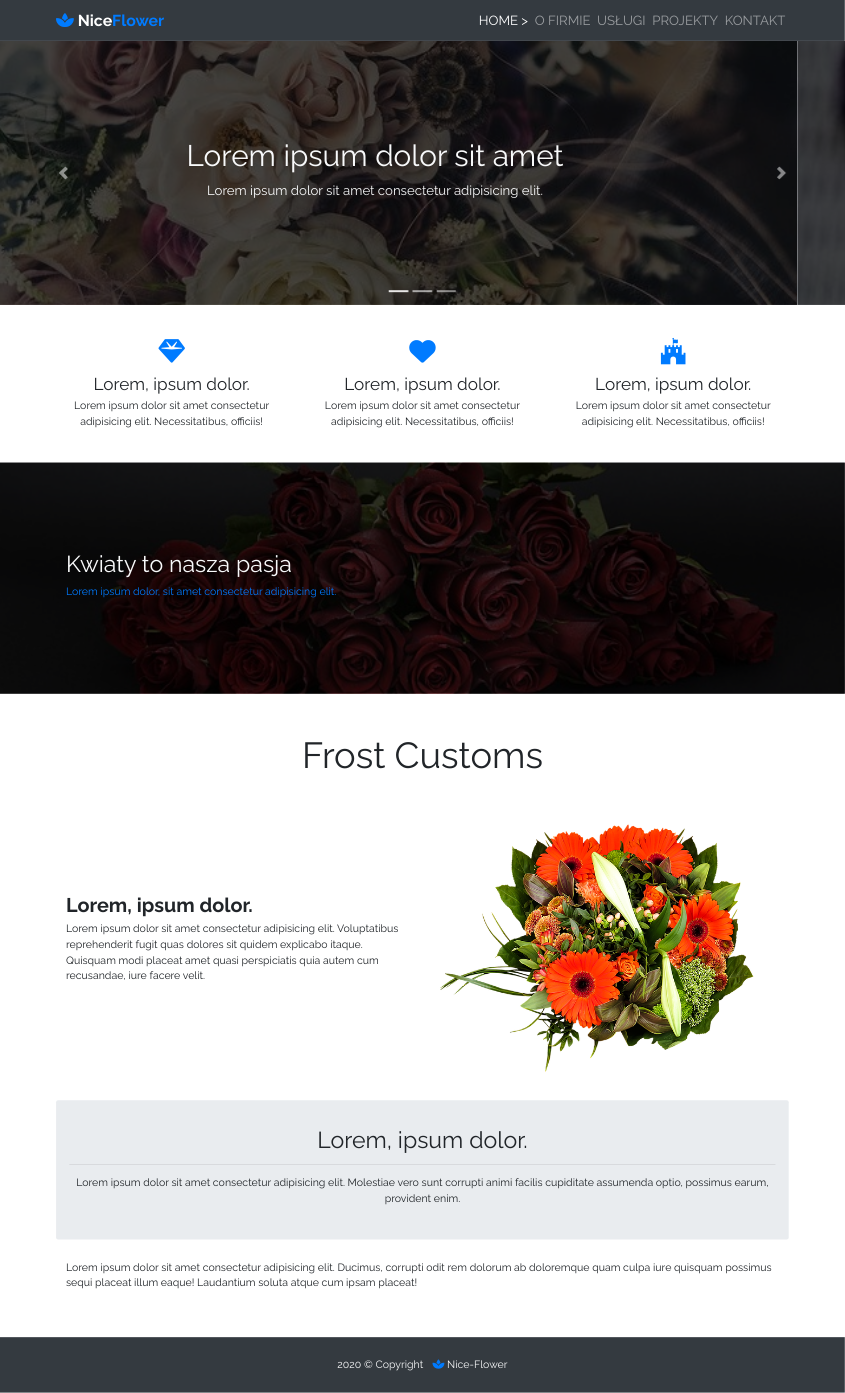
Repository: KrzysKolo/Projekt-13_Kwiaciarnia
Page: services.html
An editor plug-in stored every save of this project. The page is shown before and after the next save, followed by the edit.
The browser window is 1280 px wide. The pictures show the whole page, at 66% of full size.
Some web libraries are served in a nearby version.

Above is the page before, as saved 2020-08-11 09:45:58.

### services.html
<!DOCTYPE html>
<html lang="pl">
  <head>
    <meta charset="UTF-8" />
    <meta name="viewport" content="width=device-width, initial-scale=1.0" />
    <title>Nice-Flower</title>
    <script
      src="https://kit.fontawesome.com/21efeaf281.js"
      crossorigin="anonymous"
    ></script>

    <link
      rel="stylesheet"
      href="https://stackpath.bootstrapcdn.com/bootstrap/4.5.0/css/bootstrap.min.css"
      integrity="sha384-9aIt2nRpC12Uk9gS9baDl411NQApFmC26EwAOH8WgZl5MYYxFfc+NcPb1dKGj7Sk"
      crossorigin="anonymous"
    />
    <link
      href="https://fonts.googleapis.com/css2?family=Raleway:wght@400;700&display=swap"
      rel="stylesheet"
    />
    <link rel="stylesheet" href="style.css" />
  </head>
  <body>
    <nav class="navbar navbar-expand-lg navbar-dark bg-dark py-3">
      <div class="container">
        <a class="navbar-brand" href="index.html"
          ><i class="fas fa-spa text-primary"></i> Nice<span
            class="text-primary"
            >Flower</span
          ></a
        >
        <button
          class="navbar-toggler border-0"
          type="button"
          data-toggle="collapse"
          data-target="#navbarNavAltMarkup"
          aria-controls="navbarNavAltMarkup"
          aria-expanded="false"
          aria-label="Toggle navigation"
        >
          <i class="fas fa-bars px-4"></i>
        </button>
        <div class="collapse navbar-collapse" id="navbarNavAltMarkup">
          <div class="navbar-nav ml-auto">
            <a class="nav-link active" href="index.html">Home ></a>
            <a class="nav-link" href="abouteus.html">O firmie</a>
            <a class="nav-link" href="services.html"
              ><span class="sr-only">(current)</span>Usługi</a
            >
            <a class="nav-link" href="projects.html">Projekty</a>
            <a class="nav-link" href="contact.html">Kontakt</a>
          </div>
        </div>
      </div>
    </nav>

    <!-- HEADER -->
    <header>
      <div
        id="carouselExampleCaptions"
        class="carousel slide"
        data-ride="carousel"
      >
        <ol class="carousel-indicators">
          <li
            data-target="#carouselExampleCaptions"
            data-slide-to="0"
            class="active"
          ></li>
          <li data-target="#carouselExampleCaptions" data-slide-to="1"></li>
          <li data-target="#carouselExampleCaptions" data-slide-to="2"></li>
        </ol>
        <div class="carousel-inner text-dark text-center">
          <div class="carousel-item carousel-img-one active">
            <div
              class="carousel-text h-100 p-5 d-flex flex-column justyfy-content-end justify-content-md-center align-items-center"
            >
              <div class="hero-shadow"></div>
              <p class="display-3 text-light">Lorem ipsum dolor sit amet</p>
              <p class="d-none d-sm-block text-light">
                Lorem ipsum dolor sit amet consectetur adipisicing elit.
              </p>
            </div>
          </div>
          <div class="carousel-item carousel-img-two">
            <div
              class="carousel-text h-100 p-5 d-flex flex-column justyfy-content-end justify-content-md-center align-items-center"
            >
              <div class="hero-shadow"></div>
              <p class="display-3 text-light">Lorem ipsum dolor sit amet</p>
              <p class="d-none d-sm-block text-light">
                Lorem ipsum dolor sit amet consectetur adipisicing elit.
              </p>
            </div>
          </div>
          <div class="carousel-item carousel-img-three">
            <div
              class="carousel-text h-100 p-5 d-flex flex-column justyfy-content-end justify-content-md-center align-items-center"
            >
              <div class="hero-shadow"></div>
              <p class="display-3 text-light">Lorem ipsum dolor sit amet</p>
              <p class="d-none d-sm-block text-light">
                Lorem ipsum dolor sit amet consectetur adipisicing elit.
              </p>
            </div>
          </div>
        </div>
        <a
          class="carousel-control-prev"
          href="#carouselExampleCaptions"
          role="button"
          data-slide="prev"
        >
          <span class="carousel-control-prev-icon" aria-hidden="true"></span>
          <span class="sr-only">Previous</span>
        </a>
        <a
          class="carousel-control-next"
          href="#carouselExampleCaptions"
          role="button"
          data-slide="next"
        >
          <span class="carousel-control-next-icon" aria-hidden="true"></span>
          <span class="sr-only">Next</span>
        </a>
      </div>
    </header>

    <!-- MAIN -->
    <main>
      <section class="home-boxes">
        <div class="container text-center">
          <div class="row">
            <div class="col-md-4 home-box mb-5 mb-md-0">
              <i class="fas fa-gem mb-4 text-primary"></i>
              <h3>Lorem, ipsum dolor.</h3>
              <p class="m-0">
                Lorem ipsum dolor sit amet consectetur adipisicing elit.
                Necessitatibus, officiis!
              </p>
            </div>
            <div class="col-md-4 home-box mb-5 mb-md-0">
              <i class="fas fa-heart mb-4 text-primary"></i>
              <h3>Lorem, ipsum dolor.</h3>
              <p class="m-0">
                Lorem ipsum dolor sit amet consectetur adipisicing elit.
                Necessitatibus, officiis!
              </p>
            </div>
            <div class="col-md-4 home-box mb-5 mb-md-0">
              <i class="fab fa-fort-awesome mb-4 text-primary"></i>
              <h3>Lorem, ipsum dolor.</h3>
              <p class="m-0">
                Lorem ipsum dolor sit amet consectetur adipisicing elit.
                Necessitatibus, officiis!
              </p>
            </div>
          </div>
        </div>
      </section>

      <section class="home-passion">
        <div class="hero-shadow"></div>
        <div class="row m-0 h-100 align-items-center text-light">
          <div class="col">
            <div class="container p-5">
              <p class="display-4">Kwiaty to nasza pasja</p>
              <p class="text-primary">
                Lorem ipsum dolor, sit amet consectetur adipisicing elit.
              </p>
            </div>
          </div>
        </div>
      </section>
      <section class="home-brand py-5">
        <p class="display-2 text-center pt-5 px-3">Frost Customs</p>
        <div class="container py-5">
          <div class="row m-0 align-items-center">
            <div class="col-md-6">
              <h3>Lorem, ipsum dolor.</h3>
              <p>
                Lorem ipsum dolor sit amet consectetur adipisicing elit.
                Voluptatibus reprehenderit fugit quas dolores sit quidem
                explicabo itaque. Quisquam modi placeat amet quasi perspiciatis
                quia autem cum recusandae, iure facere velit.
              </p>
            </div>
            <div class="col-md-6">
              <img src="./img/b9m.png" alt="bukiet" class="img-fluid" />
            </div>
          </div>
        </div>
        <div class="container pb-5">
          <div class="jumbotron text-center">
            <p class="display-4">Lorem, ipsum dolor.</p>
            <hr class="my-4" />
            <p>
              Lorem ipsum dolor sit amet consectetur adipisicing elit. Molestiae
              vero sunt corrupti animi facilis cupiditate assumenda optio,
              possimus earum, provident enim.
            </p>
          </div>
          <p class="px-4 pt-3">
            Lorem ipsum dolor sit amet consectetur adipisicing elit. Ducimus,
            corrupti odit rem dolorum ab doloremque quam culpa iure quisquam
            possimus sequi placeat illum eaque! Laudantium soluta atque cum
            ipsam placeat!
          </p>
        </div>
      </section>
    </main>
    <footer class="bg-dark text-light">
      <p class="py-5 px-3 mb-0 text-center">
        2020 &copy; Copyright
        <i class="ml-3 fas fa-spa text-primary"></i> Nice-Flower
      </p>
    </footer>
    <script
      src="https://code.jquery.com/jquery-3.5.1.slim.min.js"
      integrity="sha384-DfXdz2htPH0lsSSs5nCTpuj/zy4C+OGpamoFVy38MVBnE+IbbVYUew+OrCXaRkfj"
      crossorigin="anonymous"
    ></script>
    <script
      src="https://cdn.jsdelivr.net/npm/popper.js@1.16.0/dist/umd/popper.min.js"
      integrity="sha384-Q6E9RHvbIyZFJoft+2mJbHaEWldlvI9IOYy5n3zV9zzTtmI3UksdQRVvoxMfooAo"
      crossorigin="anonymous"
    ></script>
    <script
      src="https://stackpath.bootstrapcdn.com/bootstrap/4.5.0/js/bootstrap.min.js"
      integrity="sha384-OgVRvuATP1z7JjHLkuOU7Xw704+h835Lr+6QL9UvYjZE3Ipu6Tp75j7Bh/kR0JKI"
      crossorigin="anonymous"
    ></script>
  </body>
</html>

### style.css
* {
  box-sizing: border-box;
  margin: 0;
  padding: 0;
}
html {
  font-size: 62.5%;
}
body {
  font-family: "Raleway", sans-serif;
  font-size: 1.6rem;
}
.hero-shadow {
  position: absolute;
  top: 0;
  width: 100%;
  height: 100%;
  background-color: rgba(0, 0, 0, 0.7);
  z-index: -1;
}
.additional-text {
  font-size: 1.8rem;
}
.top-hero {
  position: relative;
  height: 20rem;
  background-size: cover;
  z-index: 0;
}
.top-hero-text {
  display: flex;
  justify-content: center;
  align-items: center;
  height: 100%;
  font-size: 3.6rem;
  text-transform: uppercase;
}
/* ----------- */
/*  nawigacja  */
/* ----------- */
nav {
  font-size: 2rem;
  text-transform: uppercase;
}
.navbar-toggler {
  font-size: 3rem;
}
.navbar-brand {
  font-size: 2.4rem;
  font-weight: bold;
  text-transform: none;
}
/* ----------- */
/*    header   */
/* ----------- */
header {
  font-size: 2rem;
}
.carousel-item {
  position: relative;
  height: 400px;
  background-position: center;
  background-size: cover;
  z-index: 0;
}
.carousel-img-one {
  background-image: url("./img/b1m.jpg");
}
.carousel-img-two {
  background-image: url("./img/b2m.jpg");
}
.carousel-img-three {
  background-image: url("./img/b4m.jpg");
}
/* ----------- */
/*     main    */
/* ----------- */
.home-boxes {
  padding: 5rem 0;
}
.home-box i {
  font-size: 4rem;
}
.home-box h3 {
  font-size: 2.6rem;
}
/* ----------- */
.home-passion {
  position: relative;
  height: 350px;
  background-image: url("./img/b8m.jpg");
  background-position: center;
  background-size: cover;
  z-index: 0;
}
/* ----------- */
.home-brand h3 {
  font-size: 3rem;
  font-weight: bold;
}
/* ----------- */
/*   aboutus   */
/* ----------- */
.aboutus-hero {
  background-image: url("./img/obrazek1.jpg");
  background-position: bottom;
}
/* ----------- */
.aboutus-top .display-3 {
  text-transform: uppercase;
}
/* ----------- */
.aboutus-info {
  background-color: rgba(0, 0, 0, 0.3);
}
.aboutus-info .container {
  padding: 2em 0.5em;
}
.aboutus-text {
  padding: 1.8rem;
}
.aboutus-text h3 {
  margin-bottom: 0.5em;
  font-size: 2.6rem;
  text-transform: uppercase;
  font-weight: bold;
  text-decoration: underline #007bff;
}
.abouts-text-right {
  text-align: right;
}
.aboutus-img {
  height: 300px;
  background-image: url("./img/b5m.jpg");
  background-position: center;
  background-size: cover;
}
/* ----------- */
.aboutus-bottom i {
  font-size: 3rem;
}
.aboutus-bottom h3 {
  font-size: 2.2rem;
  font-weight: bold;
}
/* ----------- */
/*    footer   */
/* ----------- */
footer {
  font-size: 1.6rem;
}
@media (min-width: 992px) {
  .aboutus-info .container {
    padding: 0;
  }
  .aboutus-shadow {
    box-shadow: inset 0 5px 10px -5px rgba(0, 0, 0, 0.4);
  }
  .aboutus-text {
    padding: 5em 0;
    transform: skew(-15deg);
  }
  .abouts-text-left {
    padding-right: 2em;
    text-align: right;
  }
  .abouts-text-right {
    padding-left: 2em;
    text-align: left;
  }
  .aboutus-img {
    height: auto;
    transform: skew(-15deg);
  }
}
@media (min-width: 1400px) {
  .carousel-item {
    height: 600px;
  }
  .carousel-img-one {
    background-image: url("./img/b1.jpg");
  }
  .carousel-img-two {
    background-image: url("./img/b2.jpg");
  }
  .carousel-img-three {
    background-image: url("./img/b4.jpg");
  }
}

After the next save:
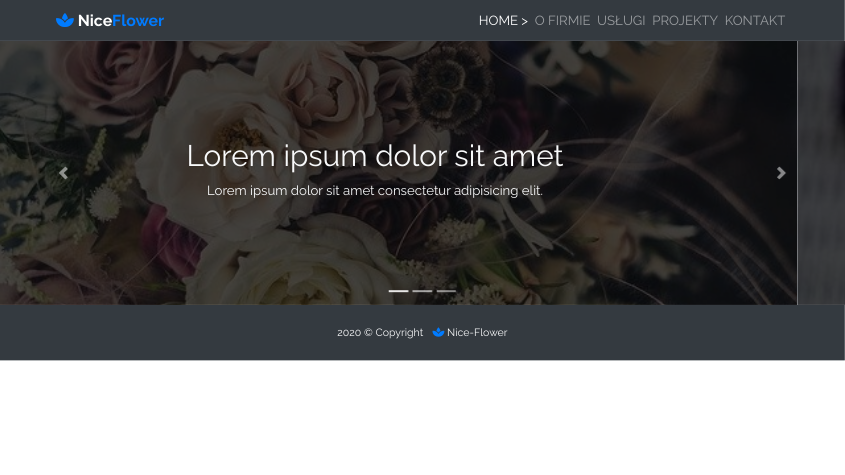
Saved 30 s later.
--- a/services.html
+++ b/services.html
@@ -128,88 +128,7 @@
     </header>
 
     <!-- MAIN -->
-    <main>
-      <section class="home-boxes">
-        <div class="container text-center">
-          <div class="row">
-            <div class="col-md-4 home-box mb-5 mb-md-0">
-              <i class="fas fa-gem mb-4 text-primary"></i>
-              <h3>Lorem, ipsum dolor.</h3>
-              <p class="m-0">
-                Lorem ipsum dolor sit amet consectetur adipisicing elit.
-                Necessitatibus, officiis!
-              </p>
-            </div>
-            <div class="col-md-4 home-box mb-5 mb-md-0">
-              <i class="fas fa-heart mb-4 text-primary"></i>
-              <h3>Lorem, ipsum dolor.</h3>
-              <p class="m-0">
-                Lorem ipsum dolor sit amet consectetur adipisicing elit.
-                Necessitatibus, officiis!
-              </p>
-            </div>
-            <div class="col-md-4 home-box mb-5 mb-md-0">
-              <i class="fab fa-fort-awesome mb-4 text-primary"></i>
-              <h3>Lorem, ipsum dolor.</h3>
-              <p class="m-0">
-                Lorem ipsum dolor sit amet consectetur adipisicing elit.
-                Necessitatibus, officiis!
-              </p>
-            </div>
-          </div>
-        </div>
-      </section>
-
-      <section class="home-passion">
-        <div class="hero-shadow"></div>
-        <div class="row m-0 h-100 align-items-center text-light">
-          <div class="col">
-            <div class="container p-5">
-              <p class="display-4">Kwiaty to nasza pasja</p>
-              <p class="text-primary">
-                Lorem ipsum dolor, sit amet consectetur adipisicing elit.
-              </p>
-            </div>
-          </div>
-        </div>
-      </section>
-      <section class="home-brand py-5">
-        <p class="display-2 text-center pt-5 px-3">Frost Customs</p>
-        <div class="container py-5">
-          <div class="row m-0 align-items-center">
-            <div class="col-md-6">
-              <h3>Lorem, ipsum dolor.</h3>
-              <p>
-                Lorem ipsum dolor sit amet consectetur adipisicing elit.
-                Voluptatibus reprehenderit fugit quas dolores sit quidem
-                explicabo itaque. Quisquam modi placeat amet quasi perspiciatis
-                quia autem cum recusandae, iure facere velit.
-              </p>
-            </div>
-            <div class="col-md-6">
-              <img src="./img/b9m.png" alt="bukiet" class="img-fluid" />
-            </div>
-          </div>
-        </div>
-        <div class="container pb-5">
-          <div class="jumbotron text-center">
-            <p class="display-4">Lorem, ipsum dolor.</p>
-            <hr class="my-4" />
-            <p>
-              Lorem ipsum dolor sit amet consectetur adipisicing elit. Molestiae
-              vero sunt corrupti animi facilis cupiditate assumenda optio,
-              possimus earum, provident enim.
-            </p>
-          </div>
-          <p class="px-4 pt-3">
-            Lorem ipsum dolor sit amet consectetur adipisicing elit. Ducimus,
-            corrupti odit rem dolorum ab doloremque quam culpa iure quisquam
-            possimus sequi placeat illum eaque! Laudantium soluta atque cum
-            ipsam placeat!
-          </p>
-        </div>
-      </section>
-    </main>
+    <main></main>
     <footer class="bg-dark text-light">
       <p class="py-5 px-3 mb-0 text-center">
         2020 &copy; Copyright
